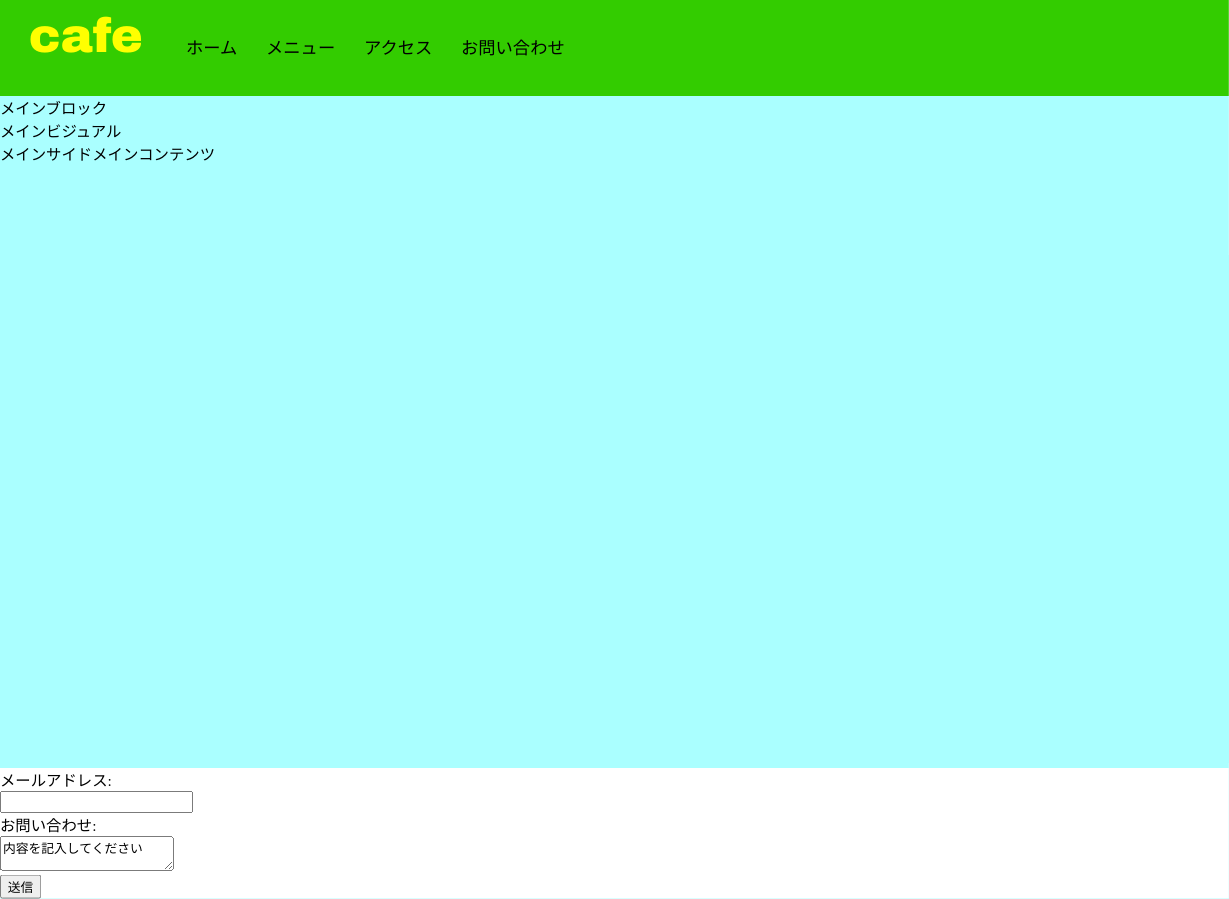
Repository: REO0315/samurai_HTML-CSS
Page: index.html
The author's editor kept a record of every edit. The page is drawn from the files as they stood at one moment, then again after the next edit.
The browser window is 1280 px wide. The pictures show the whole page, at 96% of full size.

Above is the page before.

After the next edit:
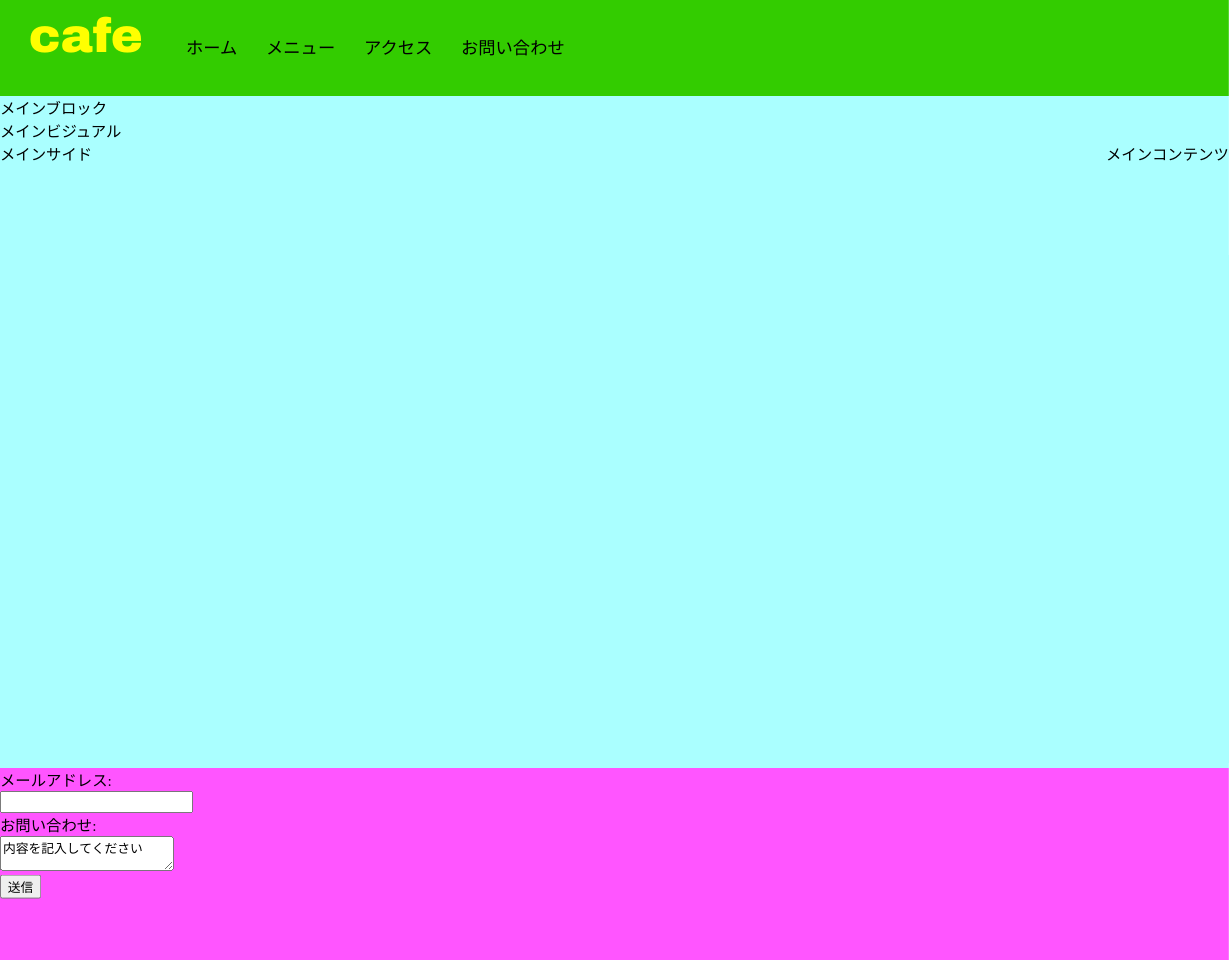
The edit:
--- a/style.css
+++ b/style.css
@@ -48,7 +48,9 @@
     float:left;
 }
 
-.main_content
+.main_content{
+    float:right;
+}
 footer{
     height:200px;
     background-color:#FF55FF;
